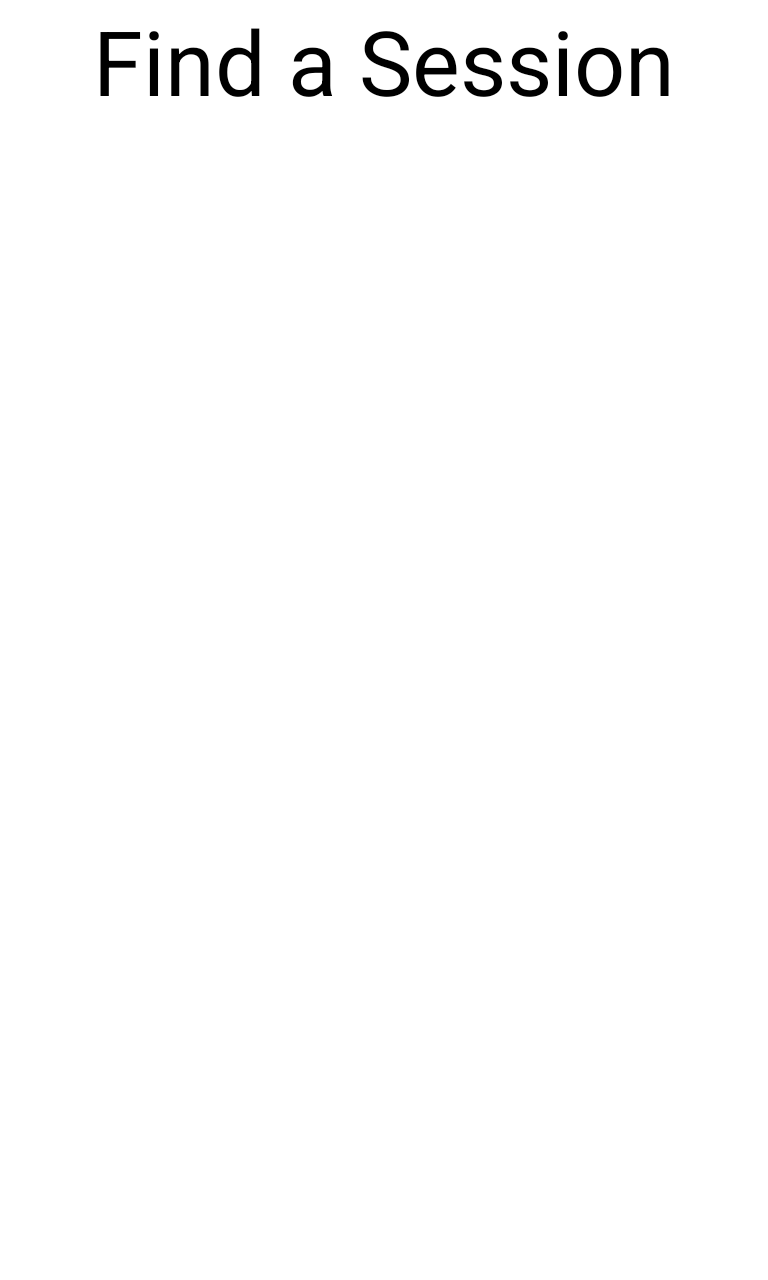
Repository: vnataraj/groupnote
Layout: GroupNote/res/layout/find_session.xml
These files come from the project's save history. The layout is drawn as it stood at one moment and after the next save; the edit follows.
It is drawn on a 768 x 1280 px phone screen (xhdpi) without system bars, with theme AppTheme; the app's code is not run. Lists and similar views that code fills are empty.

Above is the layout before, as saved 2013-03-19 20:16:07.

After the next save:
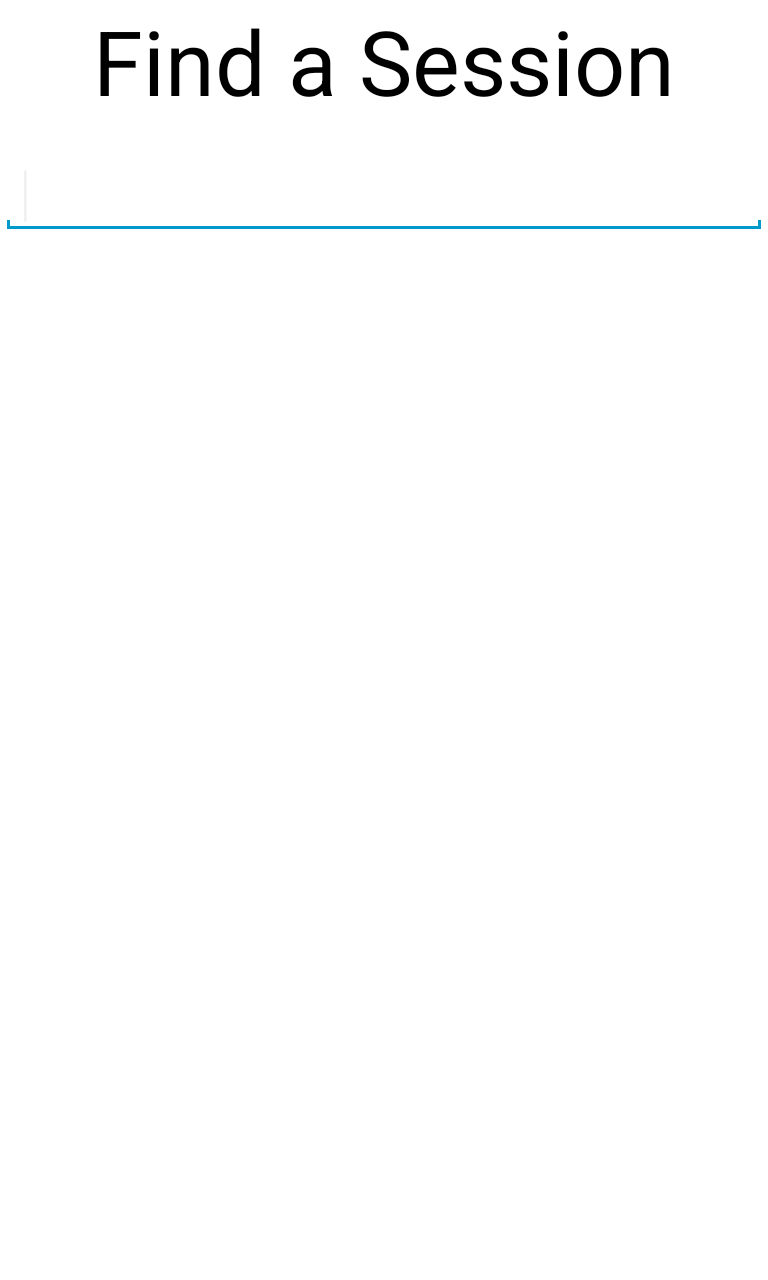
Saved 81 s later.
--- a/GroupNote/res/layout/find_session.xml
+++ b/GroupNote/res/layout/find_session.xml
@@ -15,12 +15,17 @@
         android:textAppearance="?android:attr/textAppearanceLarge"
         android:textSize="45sp" />
 
-    <ListView
-        android:id="@+id/listView1"
+    <EditText
+        android:id="@+id/editText1"
         android:layout_width="match_parent"
         android:layout_height="wrap_content"
         android:layout_alignParentLeft="true"
-        android:layout_alignParentTop="true" >
-    </ListView>
+        android:layout_below="@+id/textView1"
+        android:layout_marginTop="18dp"
+        android:ems="10"
+        android:inputType="textShortMessage" >
+
+        <requestFocus />
+    </EditText>
 
 </RelativeLayout>
